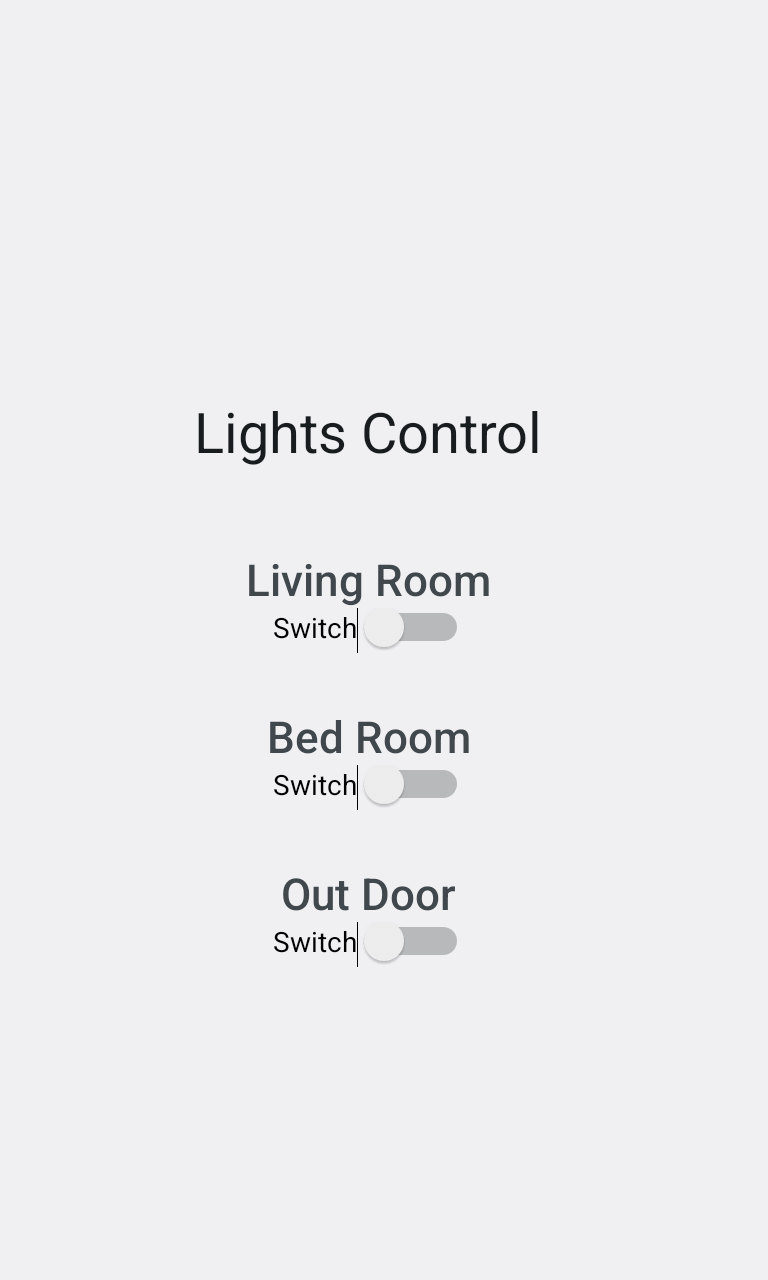
Repository: Teketel/hujeManiita
Layout: workspace/android/Besso/res/layout/control_activity.xml
The author's editor kept a copy of each file at every save. The layout is drawn from the files as they stood at one save, then again after the next save.
It is drawn on a 768 x 1280 px phone screen (xhdpi) without system bars, with theme AppTheme; the app's code is not run.

Above is the layout before, as saved 2013-05-19 23:29:08.

### workspace/android/Besso/res/layout/control_activity.xml
<?xml version="1.0" encoding="utf-8"?>
<LinearLayout xmlns:android="http://schemas.android.com/apk/res/android"
    android:layout_width="fill_parent"
    android:layout_height="wrap_content"
    android:orientation="vertical" >

    <TextView
        android:id="@+id/noConntextView"
        android:layout_width="fill_parent"
        android:layout_height="wrap_content"
        android:gravity="center"
        android:paddingBottom="40dp"
        android:text="No connection!! Unable to get Status."
        android:textAppearance="?android:attr/textAppearanceLarge"
        android:textColor="@android:color/holo_red_light"
        android:textSize="20dp"
        android:visibility="invisible" />

    <LinearLayout
        android:layout_width="fill_parent"
        android:layout_height="fill_parent"
        android:gravity="center"
        android:orientation="vertical"
        android:paddingLeft="5dp"
        android:paddingRight="20dp" >

        <TextView
            android:id="@+id/textView1"
            android:layout_width="wrap_content"
            android:layout_height="wrap_content"
            android:gravity="center"
            android:paddingBottom="40dp"
            android:text="Lights Control"
            android:textAppearance="?android:attr/textAppearanceLarge"
            android:textSize="28dp" />

        <TextView
            android:id="@+id/userTextView"
            android:layout_width="wrap_content"
            android:layout_height="wrap_content"
            android:text="Living Room"
            android:textAppearance="?android:attr/textAppearanceMedium"
            android:textSize="22dp" />

        <Switch
            android:id="@+id/living_room_swch"
            android:layout_width="wrap_content"
            android:layout_height="wrap_content"
            android:paddingBottom="30dp"
            android:text="Switch" />

        <TextView
            android:id="@+id/emailTextView"
            android:layout_width="wrap_content"
            android:layout_height="wrap_content"
            android:text="Bed Room"
            android:textAppearance="?android:attr/textAppearanceMedium"
            android:textSize="22dp" />

        <Switch
            android:id="@+id/bed_room_swch"
            android:layout_width="wrap_content"
            android:layout_height="wrap_content"
            android:paddingBottom="30dp"
            android:text="Switch" />

        <TextView
            android:id="@+id/ipTextView"
            android:layout_width="wrap_content"
            android:layout_height="wrap_content"
            android:text="Out Door"
            android:textAppearance="?android:attr/textAppearanceMedium"
            android:textSize="22dp" />

        <Switch
            android:id="@+id/out_door_swch"
            android:layout_width="wrap_content"
            android:layout_height="wrap_content"
            android:paddingBottom="30dp"
            android:text="Switch" />
    </LinearLayout>

</LinearLayout>

Loaded but not shown: workspace/android/Besso/res/values/styles.xml (common file); workspace/android/Besso/res/values-v11/styles.xml (common file)

After the next save:
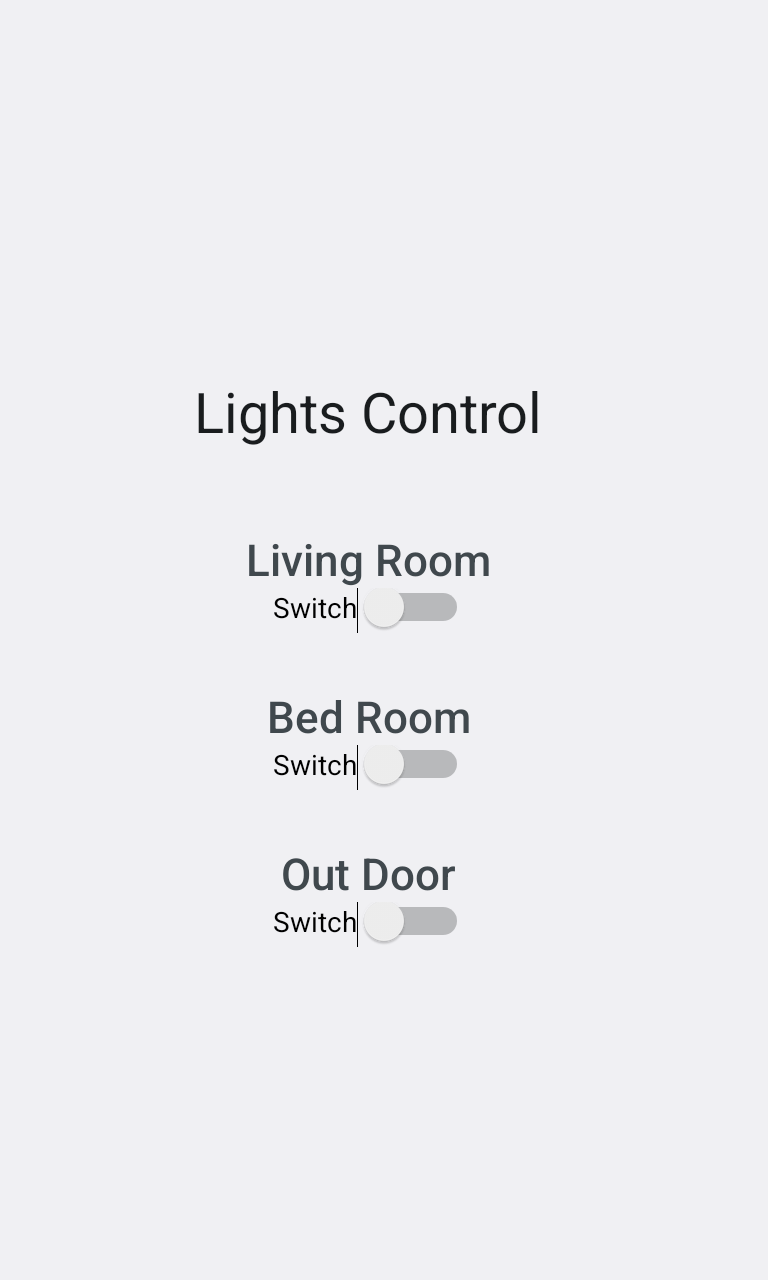
Saved 110 s later.
--- a/workspace/android/Besso/res/layout/control_activity.xml
+++ b/workspace/android/Besso/res/layout/control_activity.xml
@@ -9,7 +9,7 @@
         android:layout_width="fill_parent"
         android:layout_height="wrap_content"
         android:gravity="center"
-        android:paddingBottom="40dp"
+        android:paddingBottom="20dp"
         android:text="No connection!! Unable to get Status."
         android:textAppearance="?android:attr/textAppearanceLarge"
         android:textColor="@android:color/holo_red_light"
